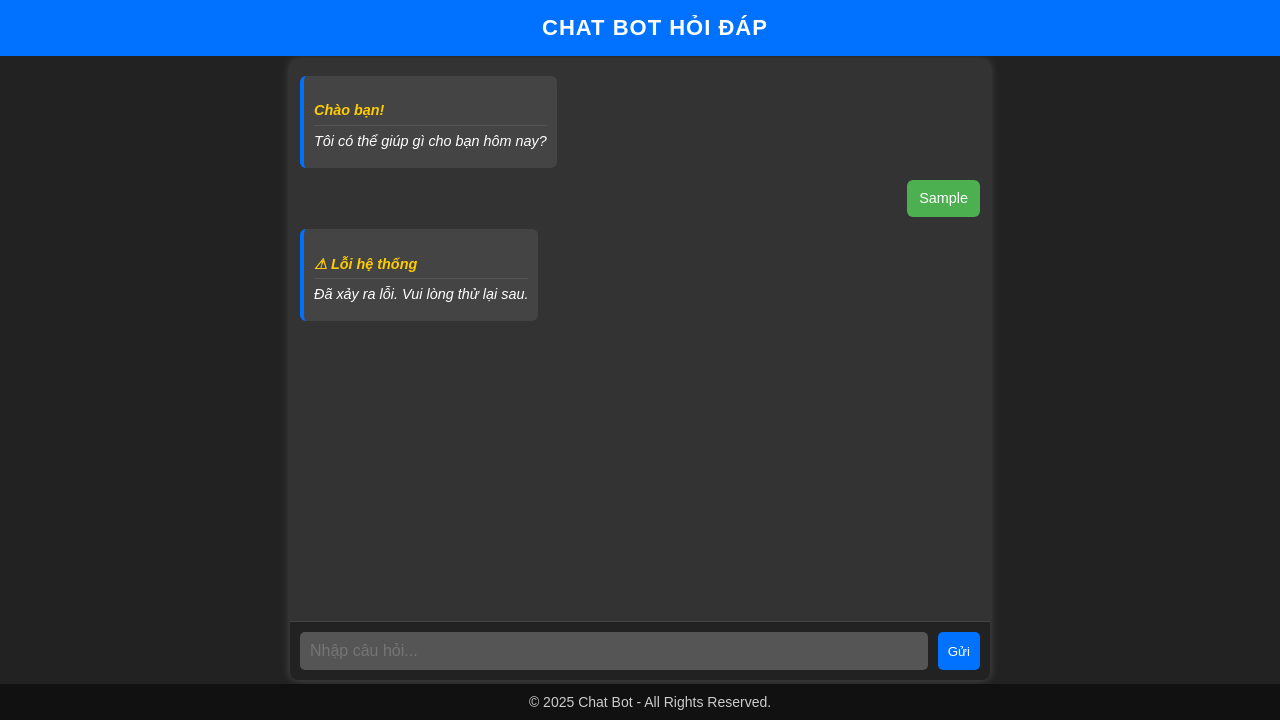
Repository: quankenda73/Prject_Final
Page: INDEX/chatbot.html
These files come from the project's save history. The page is drawn as it stood at one moment and after the next save; the edit follows.
The browser window is 1280 px wide. The pictures show the whole page.
Empty fields were first filled with sample values (such as "Sample", 5 or name@example.com).
After loading, the first visible `button` was clicked once.
The page's requests for data from a server got no answer.

Above is the page before, as saved 2025-02-24 13:47:47.

After the next save:
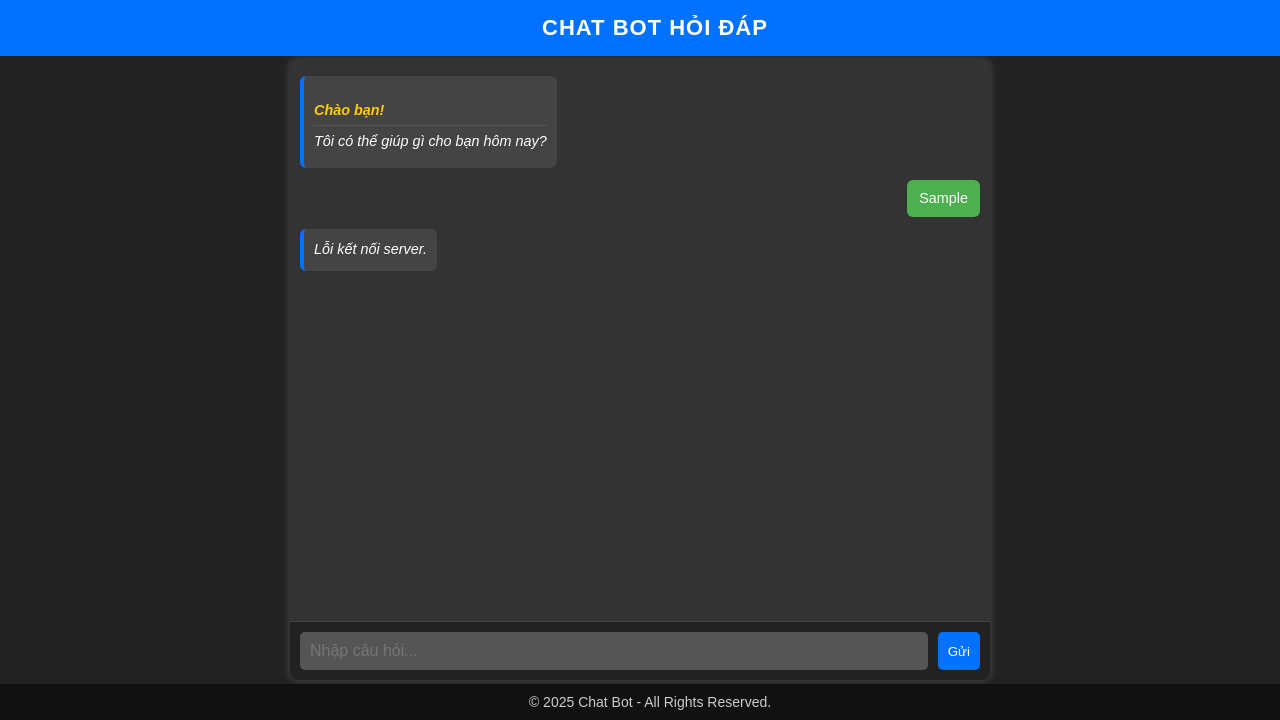
Saved 5 min 53 s later.
--- a/INDEX/chatbot.html
+++ b/INDEX/chatbot.html
@@ -166,51 +166,42 @@
 
     <script>
         async function sendMessage() {
-            const userInput = document.getElementById("user-input").value.trim();
-            if (!userInput) return;
-
-            const chatBody = document.getElementById("chat-body");
-
-            // Hiển thị tin nhắn của người dùng
-            const userMessage = document.createElement("div");
-            userMessage.classList.add("chat-message", "user-message");
-            userMessage.textContent = userInput;
-            chatBody.appendChild(userMessage);
-            document.getElementById("user-input").value = "";
-            chatBody.scrollTop = chatBody.scrollHeight;
-
+            const userInput = document.getElementById('user-input').value;
+            if (!userInput.trim()) return; // Không gửi tin nhắn rỗng
+
+            // Hiển thị tin nhắn người dùng
+            appendMessage(userInput, 'user-message');
+
+            // Gửi dữ liệu đến backend
             try {
-                const response = await fetch("http://localhost:3000/api/generate", { // Cập nhật URL
-                    method: "POST",
-                    headers: { "Content-Type": "application/json" },
-                    body: JSON.stringify({ text: userInput }) // Sửa thành "text"
+                const response = await fetch('http://localhost:3000/api/generate', {
+                    method: 'POST',
+                    headers: {
+                        'Content-Type': 'application/json'
+                    },
+                    body: JSON.stringify({ text: userInput })
                 });
+
                 const data = await response.json();
-
-                if (data) {
-                    const botMessage = document.createElement("div");
-                    botMessage.classList.add("chat-message", "bot-message");
-
-                    // Chia câu trả lời thành các mục
-                    let formattedMessage = `
-                        <h3>🔹 Câu trả lời:</h3>
-                        <p>${data.contents[0].parts[0].text.split("\n").join("</p><p>")}</p>
-                    `;
-
-                    botMessage.innerHTML = formattedMessage;
-                    chatBody.appendChild(botMessage);
-                }
+                appendMessage(data.reply || 'Xin lỗi, tôi không hiểu câu hỏi.', 'bot-message');
             } catch (error) {
-                const errorMessage = document.createElement("div");
-                errorMessage.classList.add("chat-message", "bot-message");
-                errorMessage.innerHTML = `
-                    <h3>⚠ Lỗi hệ thống</h3>
-                    <p>Đã xảy ra lỗi. Vui lòng thử lại sau.</p>
-                `;
-                chatBody.appendChild(errorMessage);
+                console.error('Error:', error);
+                appendMessage('Lỗi kết nối server.', 'bot-message');
             }
-            chatBody.scrollTop = chatBody.scrollHeight;
-        }
+
+            // Xóa input sau khi gửi
+            document.getElementById('user-input').value = '';
+        }
+
+        function appendMessage(text, className) {
+            const chatBody = document.getElementById('chat-body');
+            const messageDiv = document.createElement('div');
+            messageDiv.className = `chat-message ${className}`;
+            messageDiv.innerText = text;
+            chatBody.appendChild(messageDiv);
+            chatBody.scrollTop = chatBody.scrollHeight; // Cuộn xuống tin nhắn mới nhất
+        }
+
     </script>
 </body>
 </html>
